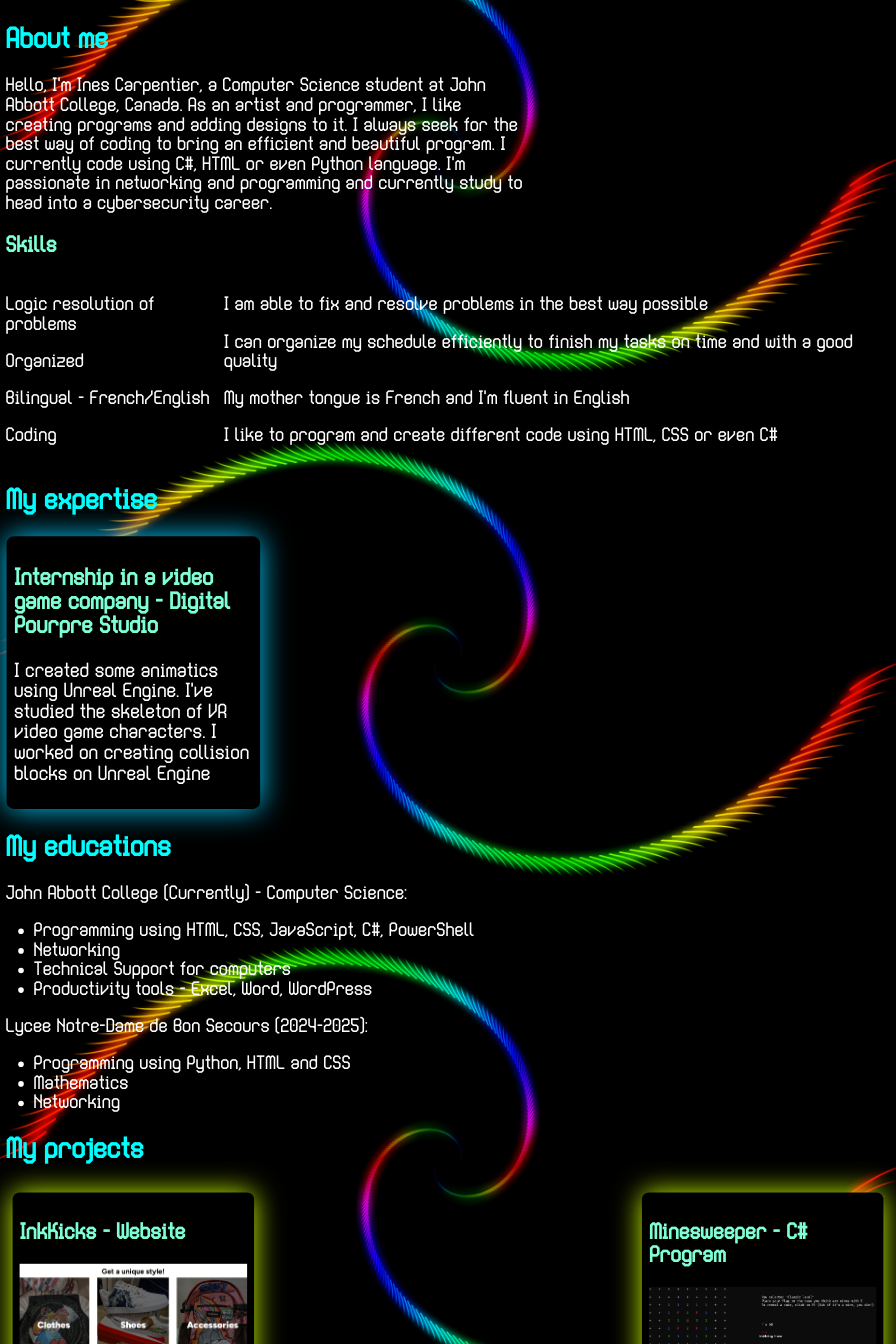
Repository: InsCarp/InsCarp
Page: index.html
These files come from the project's save history. The page is drawn as it stood at one moment and after the next save; the edit follows.
The browser window is 1280 px wide. The pictures show the part of the page from y = 859 to 2779 px (the page is 3257 px tall), at 70% of full size.
The pointer rests on the first visible `.card`.
Backgrounds fixed to the window are drawn as part of the page.

Above is the page before, as saved 2026-05-13 21:59:23.

### index.html
<!DOCTYPE html>
<html lang="en">
<head>
    <meta charset="UTF-8">
    <meta name="viewport" content="width=device-width, initial-scale=1.0">
    <link rel="icon" href="/assets/images/Logo.svg" type="image/svg" />
    <link rel="stylesheet" href="/styles/globals.css" type="text/css"/>
    <link rel="stylesheet" href="/styles/index.css" type="text/css"/>

    <title>Portfolio - Ines Carpentier</title>
</head>
<header>

     <h1 id="Title">My portfolio</h1>

        <nav>
        <a href="index.html">Home</a>
        <a href="#About">About me</a>
        <a href="#Expertise">Expertise</a>
        <a href="#Education">Education</a>
        <a href="#Projects">Projects</a>
        <a href="#Contact">Contact me</a>
        </nav>


</header>
<body>
    <div class="Intro">
        <article>
            <img
               src="/assets/images/me.png" id="Me" alt="My image"/>
        </article>
        <article id="intro">
            <h2>Ines Carpentier</h2>
            <p>Hi, I'm a Computer Science student who loves to mix creativity in my projects.
                Hope you'll enjoy my portfolio!</p>
        </article>
    </div>

        <h2 id="About">About me</h2>
        <div class="about">
            <p>Hello, I'm Ines Carpentier, a Computer Science student at John Abbott College, Canada. As an artist and programmer, I like creating programs and adding designs to it. I always seek for the
             best way of coding to bring an efficient and beautiful program. I currently code using C#, HTML or even Python language. I'm passionate in networking and programming and currently study to head into a cybersecurity career.
            </p>
        </div>
        <h3>Skills</h3>
        <section class="Skills">
            <article>
            <p>Logic resolution of problems</p>
            <p>Organized</p>
            <p>Bilingual - French/English</p>
            <p>Coding</p>
        </article>
        <article>
            <p>I am able to fix and resolve problems in the best way possible</p>
            <p>I can organize my schedule efficiently to finish my tasks on time and with a good quality</p>
            <p>My mother tongue is French and I'm fluent in English</p>
            <P>I like to program and create different code using HTML, CSS or even C#</P>
        </article>
        </section>


        <h2 id="Expertise">My expertise</h2>
        <section class="cardholder">
            <article class="card">
            <h3>Internship in a video game company - Digital Pourpre Studio</h3>
            <p>I created some animatics using Unreal Engine. I've studied the skeleton of VR video game characters. I worked on creating collision blocks on Unreal Engine</p>
        </article>
        </section>


        <h2 id="Education">My educations</h2>
        <p>John Abbott College (Currently) - Computer Science:
        </p>
        <ul>
            <li>Programming using HTML, CSS, JavaScript, C#, PowerShell</li>
            <li>Networking</li>
            <li>Technical Support for computers</li>
            <li>Productivity tools - Excel, Word, WordPress</li>
        </ul>
        <p>Lycee Notre-Dame de Bon Secours (2024-2025):</p>
        <ul>
            <li>Programming using Python, HTML and CSS</li>
            <li>Mathematics</li>
            <li>Networking</li>
        </ul>

        <h2 id="Projects">My projects</h2>
        <section class="cardholder">
            <article class="card2">
                <h3>InkKicks - Website</h3>
             <img src="/assets/images/website.png" alt="Image of my website project" id="webimg"/>
                <p>I created a Wordpress website about customized shoes made by artists</p>
            </article>
            <article class="card2">
                <h3>Minesweeper - C# Program</h3>
             <img src="/assets/images/minesweeper.png" alt="Image of my project" id="mine"/>

                <p>I made a version of minesweeper on C# using Visual Studio 2022 for a Programming project</p>
            </article>
        </section>

        <div class="Contact">
         <h2 id="Contact">Contact me</h2>
         <p><a href="https://www.linkedin.com/in/ines-carpentier-690b8b387/" target="blank">LinkedIn</a> - <a href="mailto:carpentierines4@gmail.com">Email me</a></p>
        </div>
</body>
<footer>
    <p>My portfolio - Ines Carpentier</p>
</footer>
</html>

### styles/globals.css
@font-face {
    font-family: Title;
    src: url(/assets/fonts/Y224-2vdae.ttf);
}
@font-face {
    font-family: Portfolio;
    src: url(/assets/fonts/Eightgon-OGn6p.ttf);
}


@keyframes grow{
    20%{
        transform: scale(1.05);
    }
        100%{
        transform: scale(1.05);
    }

}

html{
    font-size:25px;
}

a {
    color:cadetblue;
}

a:visited{
    color:aquamarine;
}
a:hover{
    color:greenyellow;
}
a:active{
    color:yellow;
}

body{
    background-color:rgb(0, 2, 36);
    color:rgb(255, 255, 255);
    background-image: url(../assets/images/back.gif);
    background-size: cover;
    background-repeat: no-repeat;
    background-attachment: fixed;
    font-family: Portfolio;
}




h1, h2{
    color:aqua;

}

h3{
    color:aquamarine;
}


header {
    position:sticky;
    top:0;
    display: flex;
    flex-direction: row;
    font-family: Title;
    background-color:rgb(27, 27, 27);
    font-size:0.5rem;


}
nav{
    display:none;
}

footer{

    text-align: center;
    background-color:rgb(27, 27, 27);
    padding:0.2rem;


}

@media only screen and (min-width: 800px){
    header {
    justify-content: space-between;
    border-radius: 10px;
    font-size:0.8rem;

}
nav{
    text-align:right;
    display:initial;
    font-size:0.4rem;
    margin-top:10px;


}
}

@media only screen and (min-width: 1200px){
    header {
    display: flex;
    flex-direction: row;
    font-family: Title;
    justify-content: space-between;



}
nav{
    text-align:right;
    display:initial;
    font-size:0.6rem;
    margin-top:2%;



}
}

### styles/index.css




.Intro{
    margin-top: 1rem;
    display:flex;
    flex-direction: column;
    align-items: center;
}

#intro{

    text-align: center;
    font-size:2rem;


}

#Me{
    margin-top: 1rem;
    width:15rem;
}


section{
    display: flex;
    flex-direction:row;
    justify-content: space-between;

}

.cardholder{
    display: flex;
    flex-direction:column;
}

.card{
  margin:10px;
  background-color:rgb(0, 0, 0);
  padding:10px;
  border: 3px;
  border-radius:10px;
  box-shadow: 0 0 40px 0 rgb(0, 204, 255);
  opacity: 20;
  width:13rem;
}
.card2{
  margin:10px;
  background-color:rgb(0, 0, 0);
  padding:10px;
  border: 3px;
  border-radius:10px;
  box-shadow: 0 0 40px 0 rgb(204, 255, 0);
  opacity: 20;
  width:13rem;
}


.card:hover{
    animation: grow 2s;

}
.card2:hover{
    animation: grow 2s;

}

#webimg {
    width: 13rem;
}

#mine{
    width: 13rem;
}

.Contact{
    text-align: center;
}

@media only screen and (min-width: 800px){
    .Intro{
    margin-top: 1rem;
    display:flex;
    flex-direction: row;
    justify-content: space-between;
}

#intro{

    text-align: center;
    font-size:2rem;
    width: 20rem;
    margin-right: 10%;
}




.about{
    width:30rem;
}

.cardholder{
    display: flex;
    flex-direction:row;


}
}

@media only screen and (min-width: 1200px){
    #Me{
    margin-left:15%;
    width:20rem;
}
#expertise{
  width:15rem;
}
}

After the next save:
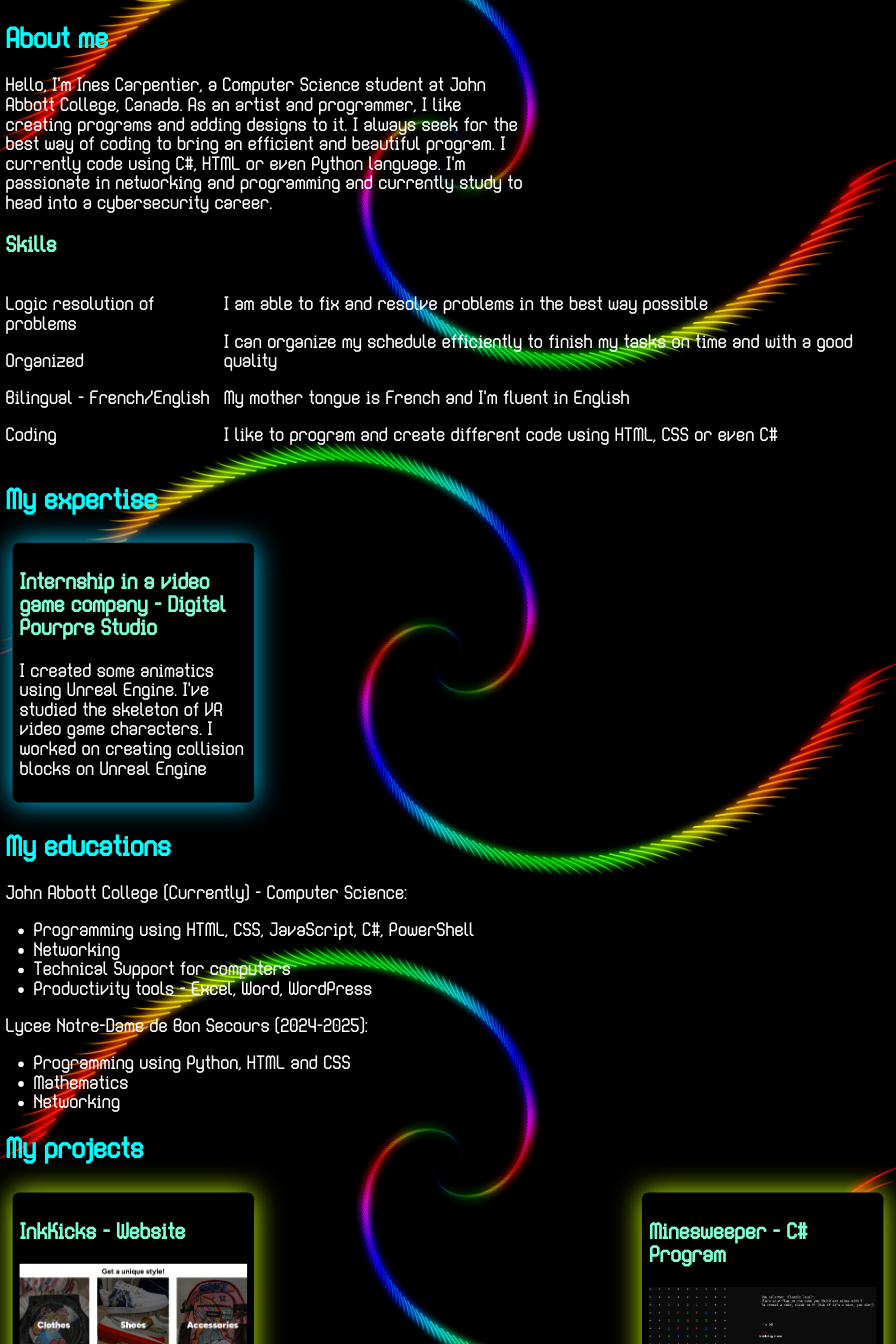
Saved 6 s later.
--- a/styles/index.css
+++ b/styles/index.css
@@ -57,10 +57,7 @@ section{
 }
 
 
-.card:hover{
-    animation: grow 2s;
 
-}
 .card2:hover{
     animation: grow 2s;
 
